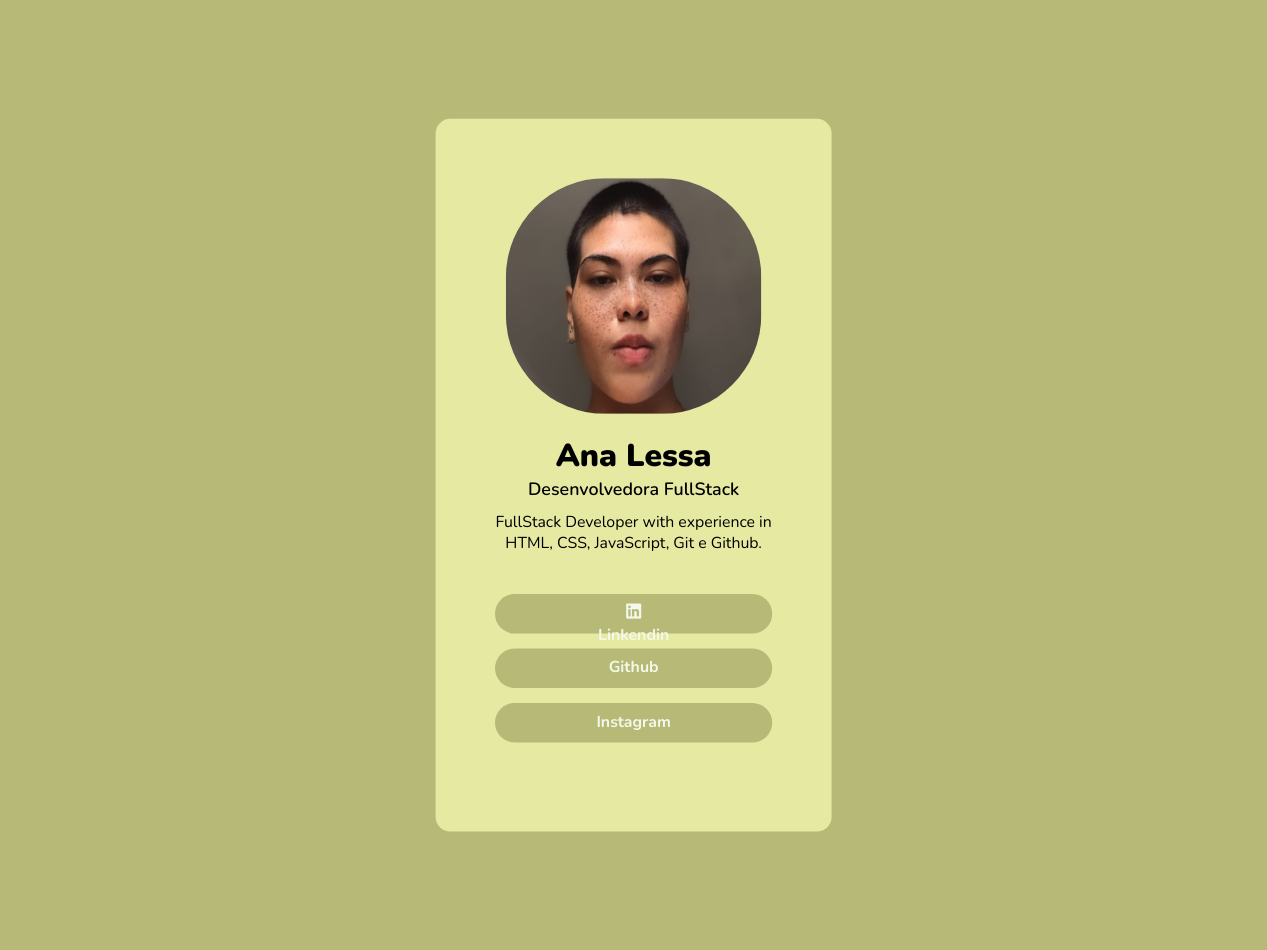
Repository: analessp/linktree
Page: index.html
An editor plug-in stored every save of this project. The page is shown before and after a run of saves, followed by the edit.
The browser window is 1280 px wide. The pictures show the whole page, at 99% of full size.

Above is the page before, as saved 2025-04-11 10:35:10.

After the next 2 saves:
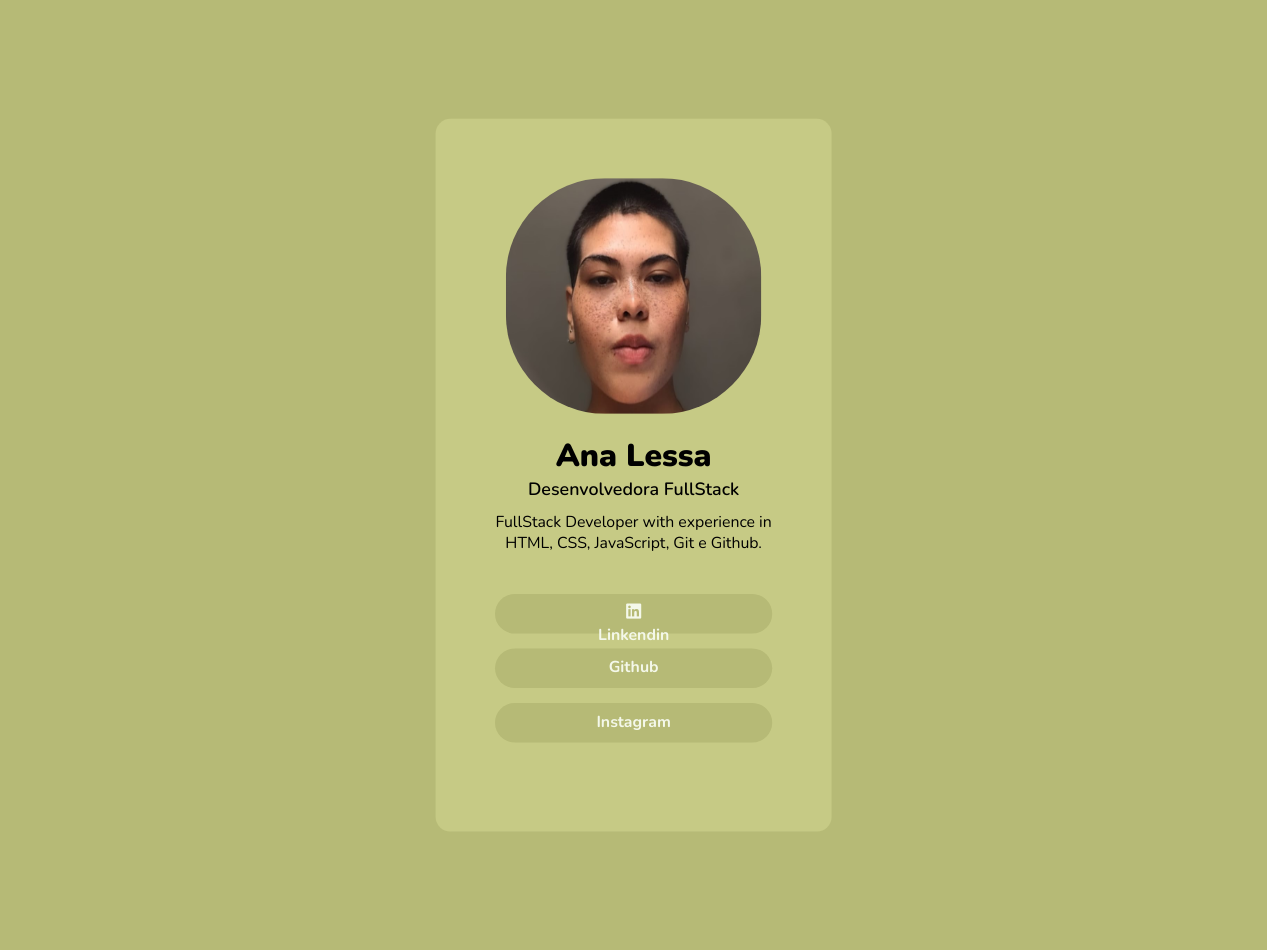
The 2 saves are shown as one change because they came seconds apart.
The last was saved 20 s later.
--- a/style.css
+++ b/style.css
@@ -10,7 +10,7 @@ body {
 }
 
 .container-main {
-    background-color: #e5e9a2;
+    background-color: #c6ca85;
     width: 400px;
     height: 720px;
     box-sizing: border-box;
